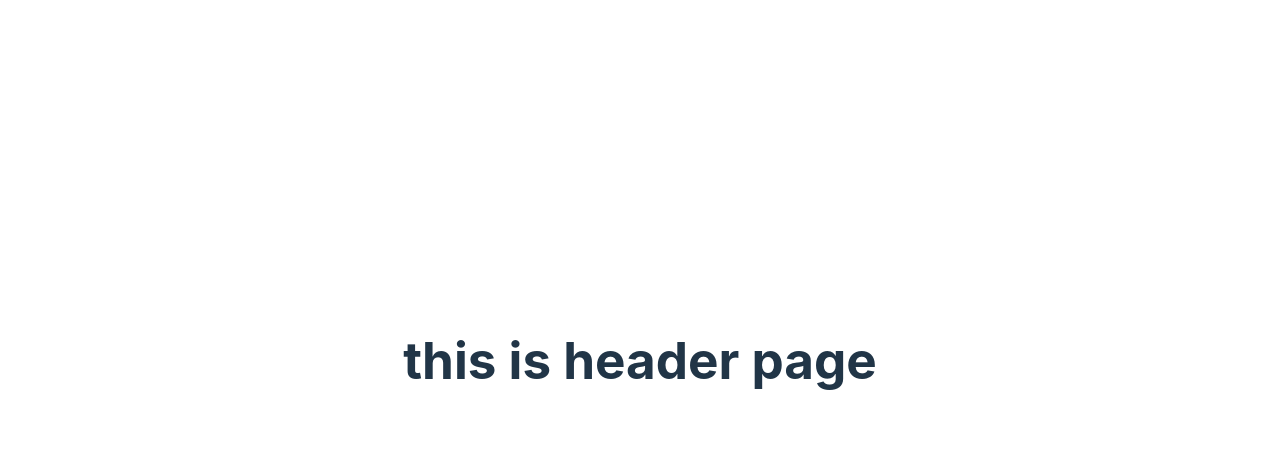
Repository: mdrubel02/CarPlayground-client-site
Page: /
These files come from the project's save history. The page is drawn as it stood at one moment and after the next save; the edit follows.
The browser window is 1280 px wide. The pictures show the whole page.
The project was rebuilt for these pictures with package versions that can differ from the ones it lists, and the page was loaded fresh each time. Also part of the build but not shown: vite.config.js, src/App.jsx.

Above is the page before, as saved 2023-05-19 10:27:42.

After the next save:
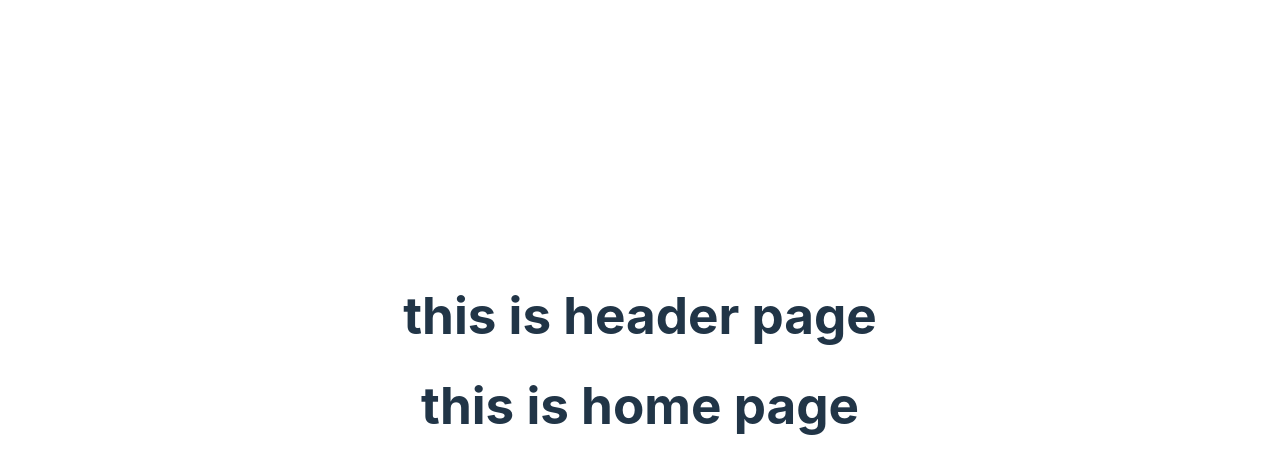
Saved 2 min 10 s later.
--- a/src/Layout/Route/router.jsx
+++ b/src/Layout/Route/router.jsx
@@ -8,7 +8,8 @@ const router = createBrowserRouter([{
     path: '/',
     element: <Main />,
     children: [
-        {path: '/home',element:<Home/>}
+        {path: '/',element:<Home/>},
+        {path: '/home',element:<Home/>},
     ]
 }]);
 export default router;
